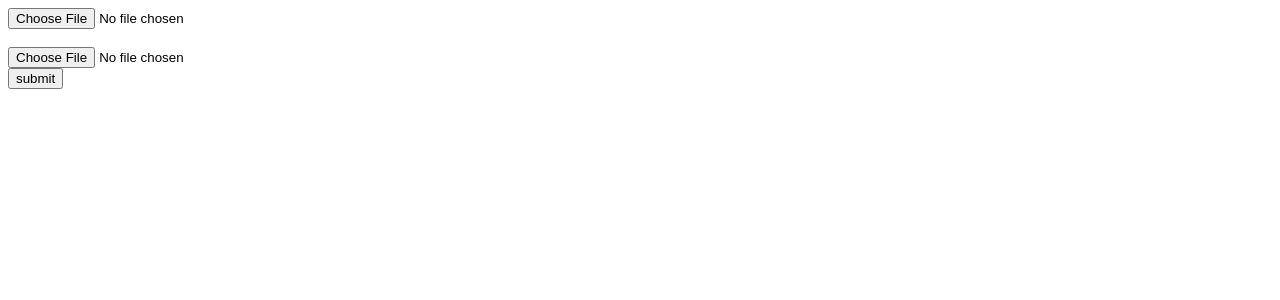
Repository: Higenious/uploadMultiple
Page: index.html
These files come from the project's save history. The page is drawn as it stood at one moment and after the next save; the edit follows.
The browser window is 1280 px wide. The pictures show the whole page.

Above is the page before, as saved 2018-05-08 22:11:25.

After the next save:
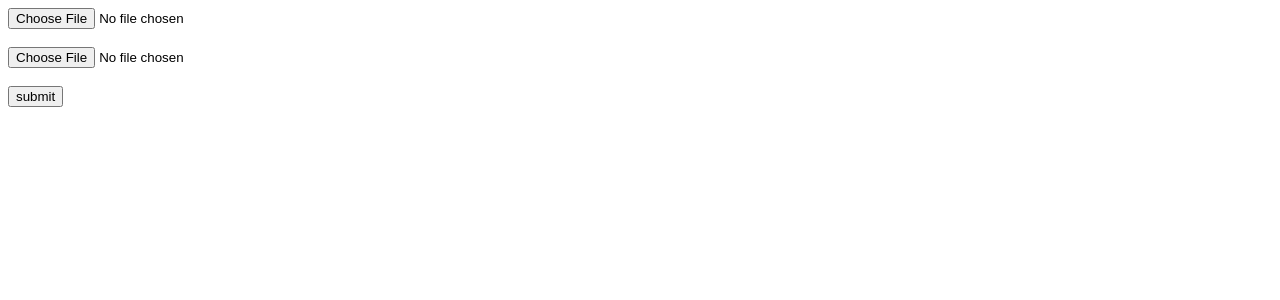
Saved 7 min 4 s later.
--- a/index.html
+++ b/index.html
@@ -9,7 +9,7 @@
 <body>
      <form method="post" enctype="multipart/form-data">
            <input type="file" name = "myimage1"/></form><br/>
-           <input type="file" name = "myimage2"/></form><br/>
+           <input type="file" name = "myimage2"/></form><br/><br/>
            <input type="submit" name="submit" value="submit">
 
      </form>
